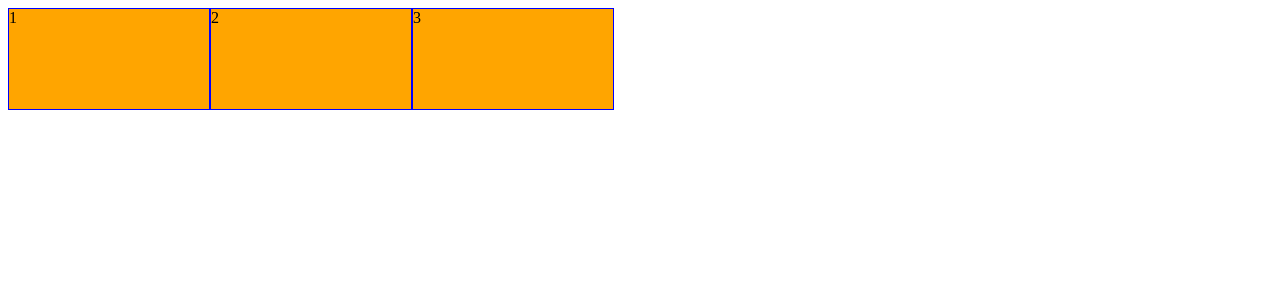
Repository: ddochiisrich/Ddochi-Web
Page: http://localhost/JSPClassCh06/flex_layout01.jsp
These files come from the project's save history. The page is drawn as it stood at one moment and after the next save; the edit follows.
The browser window is 1280 px wide. The pictures show the whole page.
The page is served by Tomcat 9.

Above is the page before, as saved 2024-04-09 01:39:07.

After the next save:
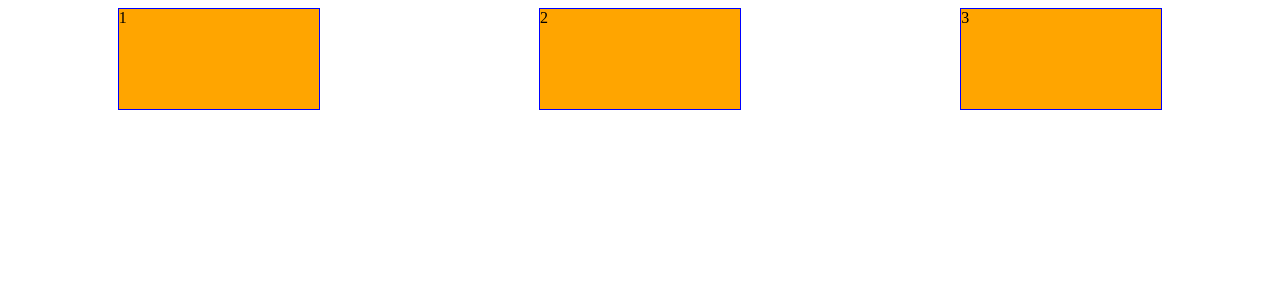
Saved 23 s later.
--- a/JSPClassCh06/src/main/webapp/flex_layout01.jsp
+++ b/JSPClassCh06/src/main/webapp/flex_layout01.jsp
@@ -9,7 +9,7 @@
 <style>
 	#box{
 		display:flex;
-		justify-content: between-around;
+		justify-content: space-around;
 	}
 	.item{
 		border: 1px solid blue;
